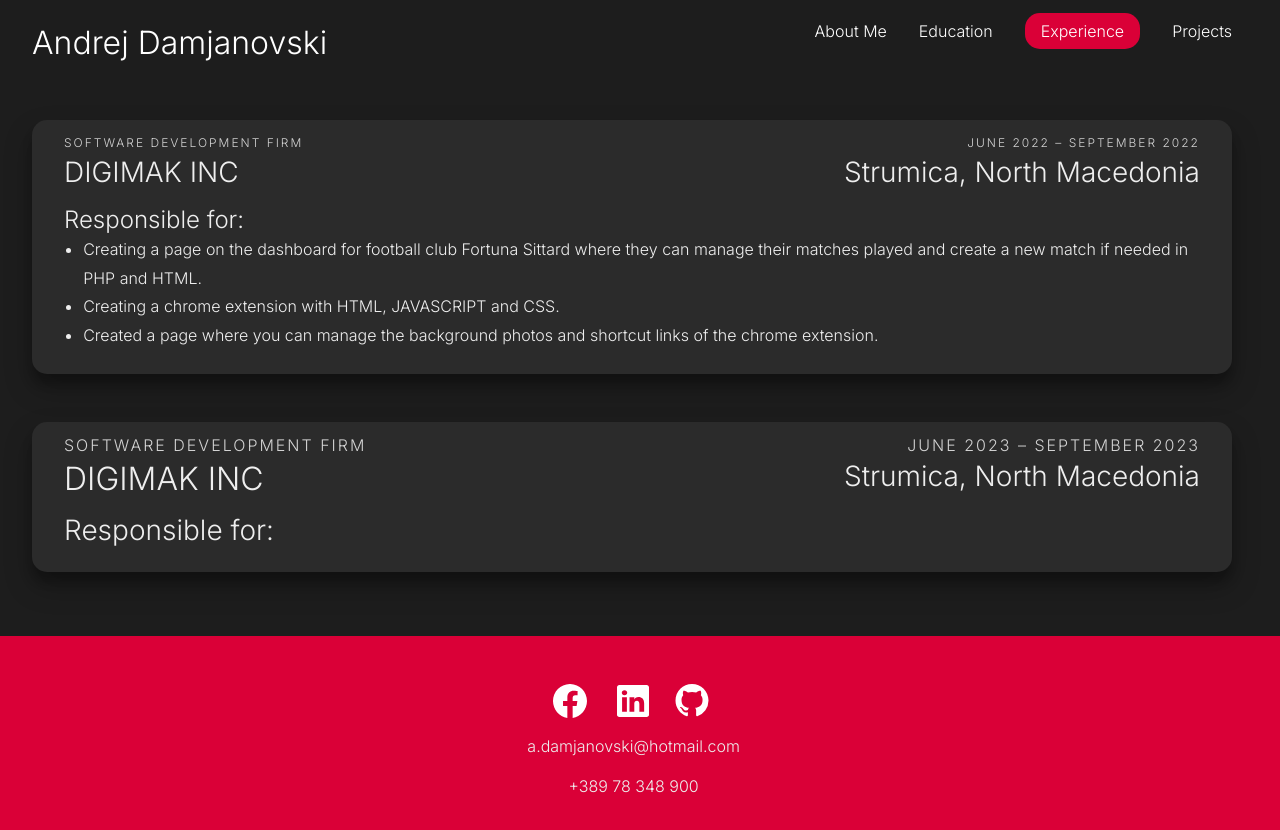
Repository: ADamjanovski/portfolio
Page: experience.html
The author's editor kept a copy of each file at every save. The page is drawn from the files as they stood at one save, then again after the next save.
The browser window is 1280 px wide. The pictures show the whole page.

Above is the page before, as saved 2023-07-03 12:01:29.

### experience.html
<!DOCTYPE html>
<html lang="en">
<head>
    <meta charset="UTF-8">
    <meta name="viewport" content="width=device-width, initial-scale=1.0">
    <title>Experience</title>
    <link rel="preconnect" href="https://fonts.googleapis.com">
    <link rel="preconnect" href="https://fonts.gstatic.com" crossorigin>
    <link href="https://fonts.googleapis.com/css2?family=Inter:wght@300&display=swap" rel="stylesheet">
    <link href="https://cdn.jsdelivr.net/npm/bootstrap@5.3.0/dist/css/bootstrap.min.css" rel="stylesheet" integrity="sha384-9ndCyUaIbzAi2FUVXJi0CjmCapSmO7SnpJef0486qhLnuZ2cdeRhO02iuK6FUUVM" crossorigin="anonymous">
    <link rel="stylesheet" href="style.css">
</head>
<body>
    <div class="navbar">
        <h2><a href="index.html">Andrej Damjanovski</a></h2>
        <div >
            <ul class="navbar-links">
                <li ><a href="aboutme.html" >About Me</a></li>
                <li><a href="education.html">Education</a></li>
                <li><a href="experience.html" class="active">Experience</a></li>
                <li><a href="projects.html">Projects</a></li>
            </ul>
        </div>
        <button class="navbar-toggler icon" type="button" data-bs-toggle="offcanvas" data-bs-target="#offcanvasDarkNavbar" aria-controls="offcanvasDarkNavbar" aria-label="Toggle navigation">
            <span class=""><svg fill="#FFFFFF" xmlns="http://www.w3.org/2000/svg"  viewBox="0 0 50 50" width="30px" height="30px" ><path d="M 0 9 L 0 11 L 50 11 L 50 9 Z M 0 24 L 0 26 L 50 26 L 50 24 Z M 0 39 L 0 41 L 50 41 L 50 39 Z"/></svg></span>
          </button>
    </div>
    <div class="offcanvas offcanvas-end text-bg-dark" tabindex="-1" id="offcanvasDarkNavbar" aria-labelledby="offcanvasDarkNavbarLabel">
        <div class="offcanvas-header color flex-end">
            <button type="button" class="btn-close btn-close-white" data-bs-dismiss="offcanvas" aria-label="Close"></button>
        </div>
        <div class="offcanvas-body color">
            <ul class="navbar-nav justify-content-end flex-grow-1 pe-3">
                <li class="nav-item">
                  <a class=" margin nav-link " aria-current="page" href="aboutme.html">About Me</a>
                </li>
                <li class="margin nav-item">
                  <a class="nav-link " href="education.html">Education</a>
                </li>
                <li class=" nav-item">
                    <a class="nav-link active" href="experience.html">Experience</a>
                </li>
                <li class="margin nav-item">
                <a class="nav-link" href="projects.html">Projects</a>
                </li>
            </ul>
        </div>
    </div>
    <div class="job-description">
        <div class="role">
            <p class="my-role">Software Development Firm</p>
            <p>June 2022 – September 2022</p>
        </div>
        <div class="Company-details">
            <h3>DIGIMAK INC</h3>
            <h3>Strumica, North Macedonia</h3>
        </div>
        <div class="responsible">
            <h4>Responsible for:</h4>
            <ul>
                <li>Creating a page on the dashboard for football club Fortuna Sittard where they can manage their matches played and create a new match if needed in PHP and HTML.</li>
                <li>Creating a chrome extension with HTML, JAVASCRIPT and CSS.</li>
                <li>Created a page where you can manage the background photos and shortcut links of the chrome extension.</li>
            </ul>

        </div>
    </div>
    <div class="job-description">
        <div class="role">
            <h6>Software Development Firm</h6>
            <h6>June 2023 – September 2023</h6>
        </div>
        <div class="Company-details">
            <h2>DIGIMAK INC</h2>
            <h3>Strumica, North Macedonia</h3>
        </div>

        <div class="responsible">
            <h3>Responsible for:</h3>
        </div>
    </div>
    <footer>
        <a href="https://www.facebook.com/andrej.damjanovska"><svg xmlns="http://www.w3.org/2000/svg" width="50" height="34" fill="currentColor" class="bi bi-facebook" viewBox="0 0 16 16">
            <path d="M16 8.049c0-4.446-3.582-8.05-8-8.05C3.58 0-.002 3.603-.002 8.05c0 4.017 2.926 7.347 6.75 7.951v-5.625h-2.03V8.05H6.75V6.275c0-2.017 1.195-3.131 3.022-3.131.876 0 1.791.157 1.791.157v1.98h-1.009c-.993 0-1.303.621-1.303 1.258v1.51h2.218l-.354 2.326H9.25V16c3.824-.604 6.75-3.934 6.75-7.951z"/>
          </svg></a>
        <a  href="https://www.linkedin.com/in/andrej-damjanovski"><svg xmlns="http://www.w3.org/2000/svg" width="50" height="32" fill="currentColor" class="bi bi-linkedin linkedin" viewBox="0 0 16 16">
            <path d="M0 1.146C0 .513.526 0 1.175 0h13.65C15.474 0 16 .513 16 1.146v13.708c0 .633-.526 1.146-1.175 1.146H1.175C.526 16 0 15.487 0 14.854V1.146zm4.943 12.248V6.169H2.542v7.225h2.401zm-1.2-8.212c.837 0 1.358-.554 1.358-1.248-.015-.709-.52-1.248-1.342-1.248-.822 0-1.359.54-1.359 1.248 0 .694.521 1.248 1.327 1.248h.016zm4.908 8.212V9.359c0-.216.016-.432.08-.586.173-.431.568-.878 1.232-.878.869 0 1.216.662 1.216 1.634v3.865h2.401V9.25c0-2.22-1.184-3.252-2.764-3.252-1.274 0-1.845.7-2.165 1.193v.025h-.016a5.54 5.54 0 0 1 .016-.025V6.169h-2.4c.03.678 0 7.225 0 7.225h2.4z"/>
          </svg></a>
        <a href="https://github.com/ADamjanovski"><svg xmlns="http://www.w3.org/2000/svg" width="60" height="33" fill="currentColor" class="bi bi-github" viewBox="0 0 16 16">
            <path d="M8 0C3.58 0 0 3.58 0 8c0 3.54 2.29 6.53 5.47 7.59.4.07.55-.17.55-.38 0-.19-.01-.82-.01-1.49-2.01.37-2.53-.49-2.69-.94-.09-.23-.48-.94-.82-1.13-.28-.15-.68-.52-.01-.53.63-.01 1.08.58 1.23.82.72 1.21 1.87.87 2.33.66.07-.52.28-.87.51-1.07-1.78-.2-3.64-.89-3.64-3.95 0-.87.31-1.59.82-2.15-.08-.2-.36-1.02.08-2.12 0 0 .67-.21 2.2.82.64-.18 1.32-.27 2-.27.68 0 1.36.09 2 .27 1.53-1.04 2.2-.82 2.2-.82.44 1.1.16 1.92.08 2.12.51.56.82 1.27.82 2.15 0 3.07-1.87 3.75-3.65 3.95.29.25.54.73.54 1.48 0 1.07-.01 1.93-.01 2.2 0 .21.15.46.55.38A8.012 8.012 0 0 0 16 8c0-4.42-3.58-8-8-8z"/>
          </svg></a>
        <p class="email">a.damjanovski@hotmail.com</p>
        <p>+389 78 348 900</p>
    </footer>
    <script src="https://cdn.jsdelivr.net/npm/bootstrap@5.3.0/dist/js/bootstrap.bundle.min.js" integrity="sha384-geWF76RCwLtnZ8qwWowPQNguL3RmwHVBC9FhGdlKrxdiJJigb/j/68SIy3Te4Bkz" crossorigin="anonymous"></script>

</body>
</html>

### style.css
body{
    background-color: #1D1D1D;
    color:rgb(238, 238, 238);
    height: 70vh;
    overflow-x:hidden;
}
*{
    font-family: 'Outfit','Inter', sans-serif;
}
a{
    text-decoration: none;
    color:white;
}
.home-body{
    background-color: #2b2b2b;
    display: flex;
    justify-content: space-around;
    height: inherit;
    align-items: center;
    margin:0rem 3rem 0rem 3rem;
    border-radius: 15px;
    box-shadow: rgba(0, 0, 0, 0.25) 0px 14px 28px, rgba(0, 0, 0, 0.22) 0px 10px 10px;;
}
#programmer-img{
    width: 500px;
}

#home-name{
    margin-top: 7rem;
    text-align: center;

}
.navbar{
    display: flex;
    height: 10vh;
    justify-content: space-between;
}
.navbar h2{
    margin-left: 2rem;
    margin-top:1rem;
}
.navbar-links{

    margin-right: 3rem;
    display: flex;
    gap: 2rem;
    list-style-type: none;
    font-size: 1rem;
    justify-content: space-around;
}
#personalimg{

    border-radius: 50%;
}
.aboutme-body{
    margin: 3rem;
    display: flex;
    justify-content:space-around;

}
.text{
    padding: 3rem 5rem 5rem 0rem;
    background-color: #2b2b2b;
    margin-right: 7rem;
    border-radius: 15px;
    font-size: 1rem;
    line-height: 2;
    text-align: justify;
    box-shadow: rgba(0, 0, 0, 0.25) 0px 14px 28px, rgba(0, 0, 0, 0.22) 0px 10px 10px;;
}
.aboutme-body p{
    margin-left: 3rem;
}
footer{
    margin-top:4rem;
    background-color: #DA0037;
    width: 99vw;
    padding-top: 3rem;
    padding-bottom: 1rem;
    text-align: center;
    box-shadow: 0 50vh 0 50vh #DA0037;
    align-content: center;
}
.linkedin{
    margin-left:.5rem;
}
.active{
    border-radius: 15px;
    padding: .5rem;
    padding-inline: 1rem;
    background-color: #DA0037;
}

.education-body{
    background-color: #2b2b2b;
    margin: 1rem 3rem 1rem 2rem;
    padding: 1rem 0rem 3rem 3rem;
    border-radius: 15px;
    line-height: 2;
    box-shadow: rgba(0, 0, 0, 0.25) 0px 14px 28px, rgba(0, 0, 0, 0.22) 0px 10px 10px;;
}
.Company-details{
    display: flex;
    justify-content: space-between;

}

.job-description{
    margin:3rem 3rem 0rem 2rem;
    background-color: #2b2b2b;
    padding:.5rem 2rem 1.5rem 2rem;
    border-radius: 15px;
    box-shadow: rgba(0, 0, 0, 0.25) 0px 14px 28px, rgba(0, 0, 0, 0.22) 0px 10px 10px;;
}

.role{
    display: flex;
    justify-content: space-between;
    text-transform: uppercase;
    margin-bottom: 0px;
    padding-bottom: 0px;
}
.Company-details *{
    padding:0px;
    margin:0px;
}

.job-description *{
    padding:0px;
    margin:0px;
}
.role *{
    color :lightgrey;
    letter-spacing: 2px;

    padding:0rem;
    margin:.4rem 0 0.25rem 0;
}

.role > p {
    font-size:0.75rem;
}

.responsible{
    line-height: 1.8rem;
    margin-top: 1rem;
}

.project{
    display: flex;
    align-items: center;
    justify-content: space-between;
    margin:3rem 3rem 3rem 2rem;
    background-color: #2b2b2b;
    padding:.5rem 2rem 1.5rem 2rem;
    border-radius: 15px;
    box-shadow: rgba(0, 0, 0, 0.25) 0px 14px 28px, rgba(0, 0, 0, 0.22) 0px 10px 10px;;
}
.project-details{
    display: flex;
    justify-content: space-between;
}

.project-logo{
    margin-right: 4rem;
}
.icon{

    display: none;
    border-color: rgb(238, 238, 238);
}

@media screen and (max-width: 850px) {

    .navbar-links{
        display: none;
    }

    .icon{
        display: flex;
        margin-right: 3rem;
    }
    .active{
        display: inline-block;
        margin-top:.4rem;

    }
    .margin{
        margin-left: 1rem;
    }

}
@media screen and (max-width:1030px) {
    .aboutme-body{
        width: 100%;
        flex-direction: column-reverse;
        align-items: center;
        gap:3rem;
    }
    #personalimg{
        align-self:center;
        margin-right: 5rem;
    }
    .project-logo{
        margin-right: 2rem;
        margin-left: 1rem;
    }

}
.color{
    background-color: #2b2b2b;
}
.email{
    margin-top:1rem;
}
.responsible ul{
    margin-left: 1.2rem;
}
.flex-end{
    display: flex;
    justify-content: flex-end;
    padding-right: 1.5rem;
}

After the next save:
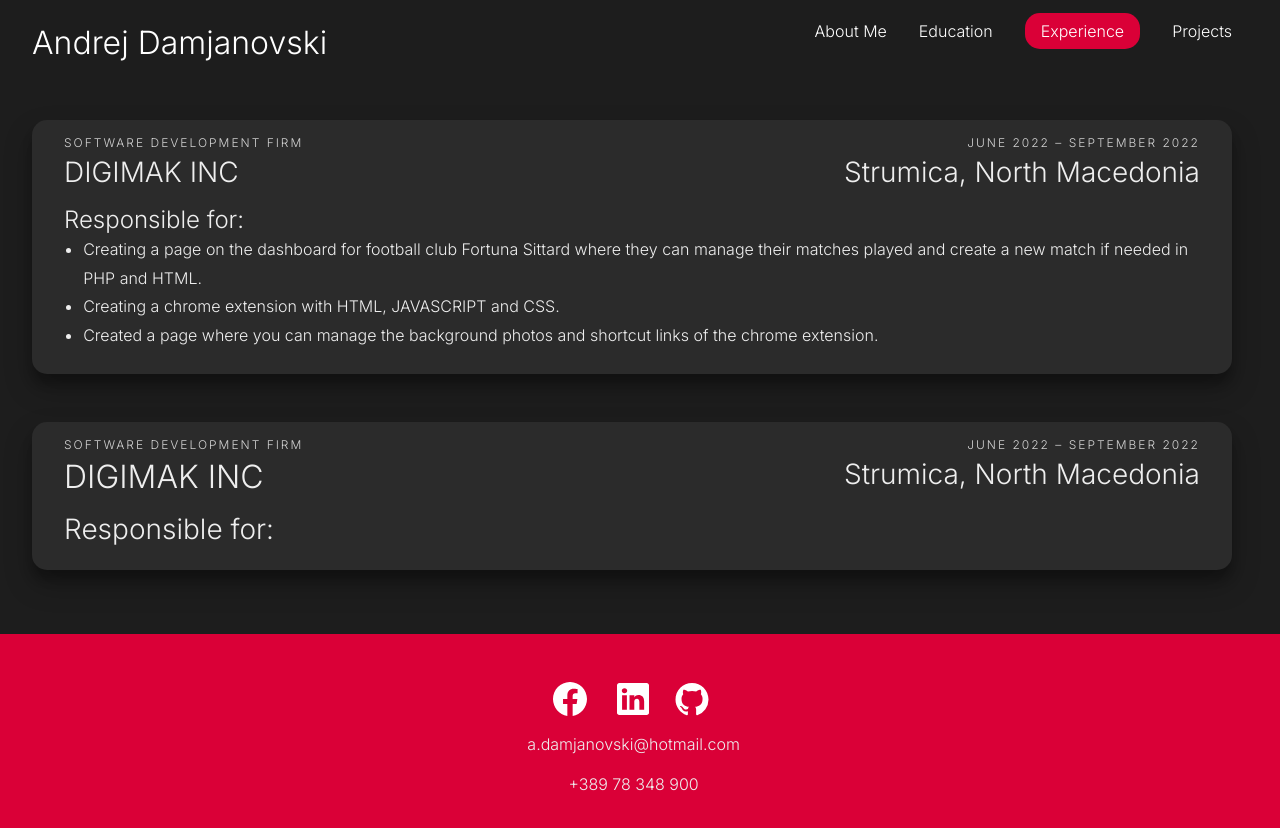
Saved 9 s later.
--- a/experience.html
+++ b/experience.html
@@ -67,8 +67,8 @@
     </div>
     <div class="job-description">
         <div class="role">
-            <h6>Software Development Firm</h6>
-            <h6>June 2023 – September 2023</h6>
+            <p class="my-role">Software Development Firm</p>
+            <p>June 2022 – September 2022</p>
         </div>
         <div class="Company-details">
             <h2>DIGIMAK INC</h2>
